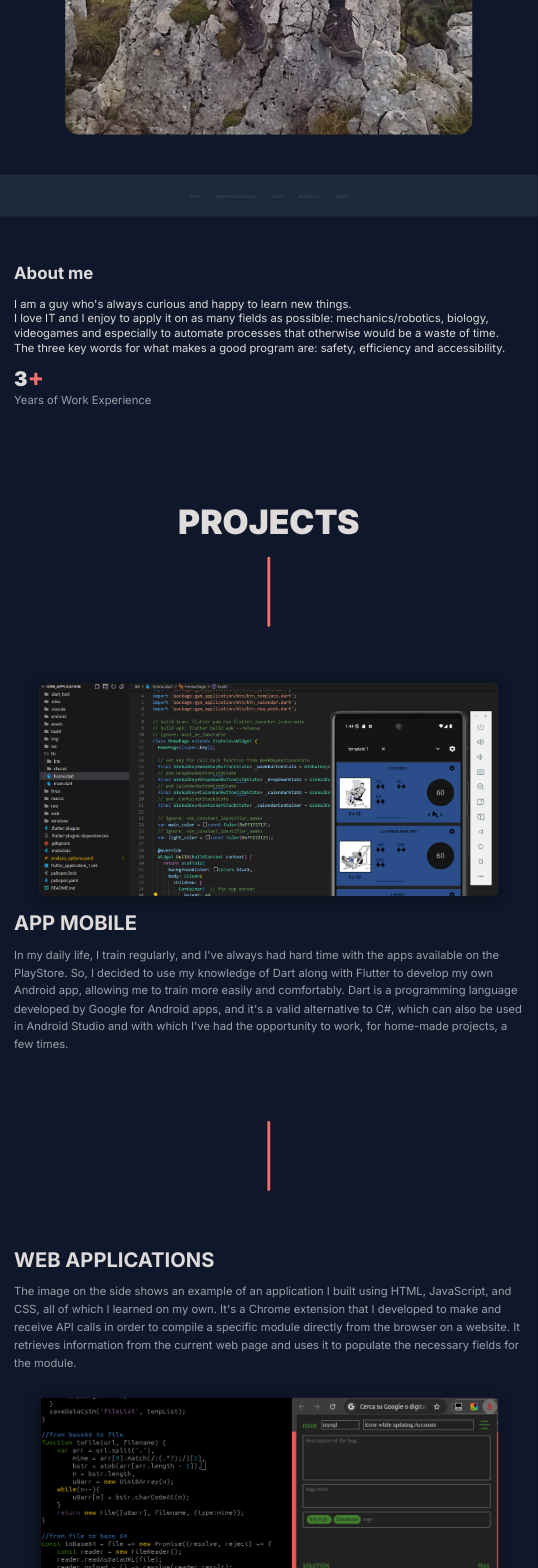
Repository: EnricoCalabrese/EnricoCalabrese.github.io
Page: index.html
The author's editor kept a copy of each file at every save. The page is drawn from the files as they stood at one save, then again after the next save.
The browser window is 768 px wide. The pictures show the part of the page from y = 1028 to 3268 px (the page is 6131 px tall before and 6134 px after), at 70% of full size.

Above is the page before, as saved 2025-07-26 09:17:23.

After the next save:
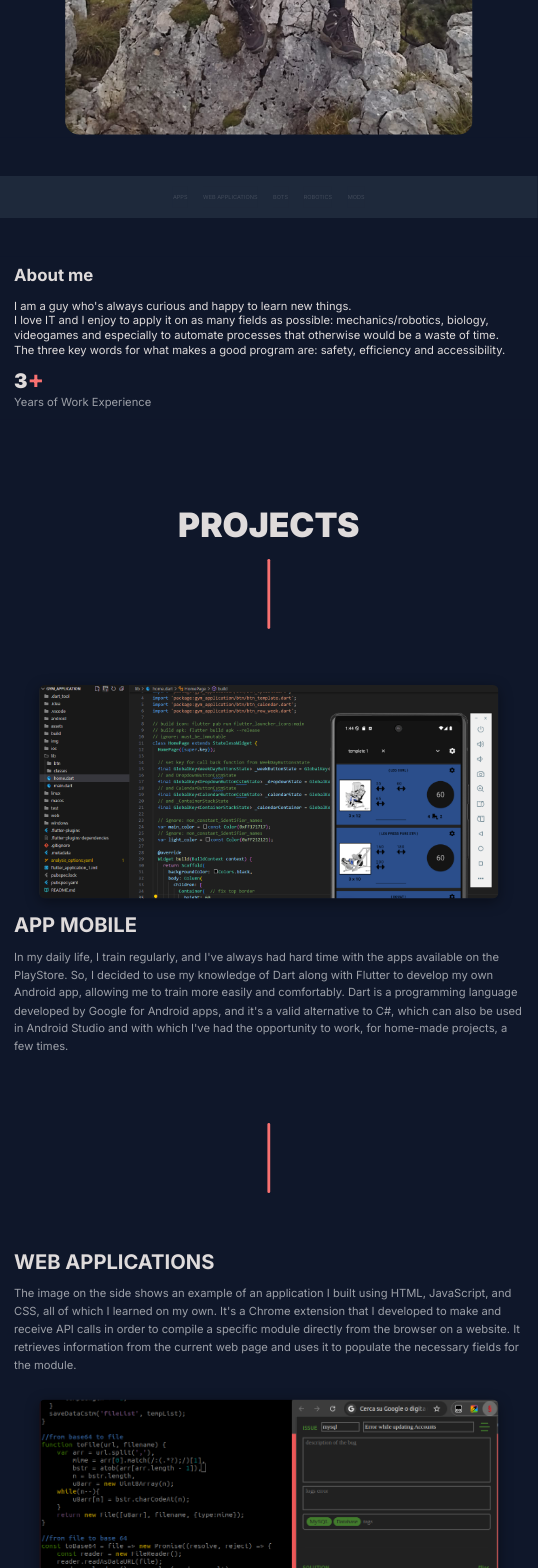
Saved 6 s later.
--- a/index.html
+++ b/index.html
@@ -447,7 +447,7 @@
         position: relative;
         z-index: 1;
         text-align: center;
-        font-size: 25%;
+        font-size: 50%;
       }
 
       .skills a {
